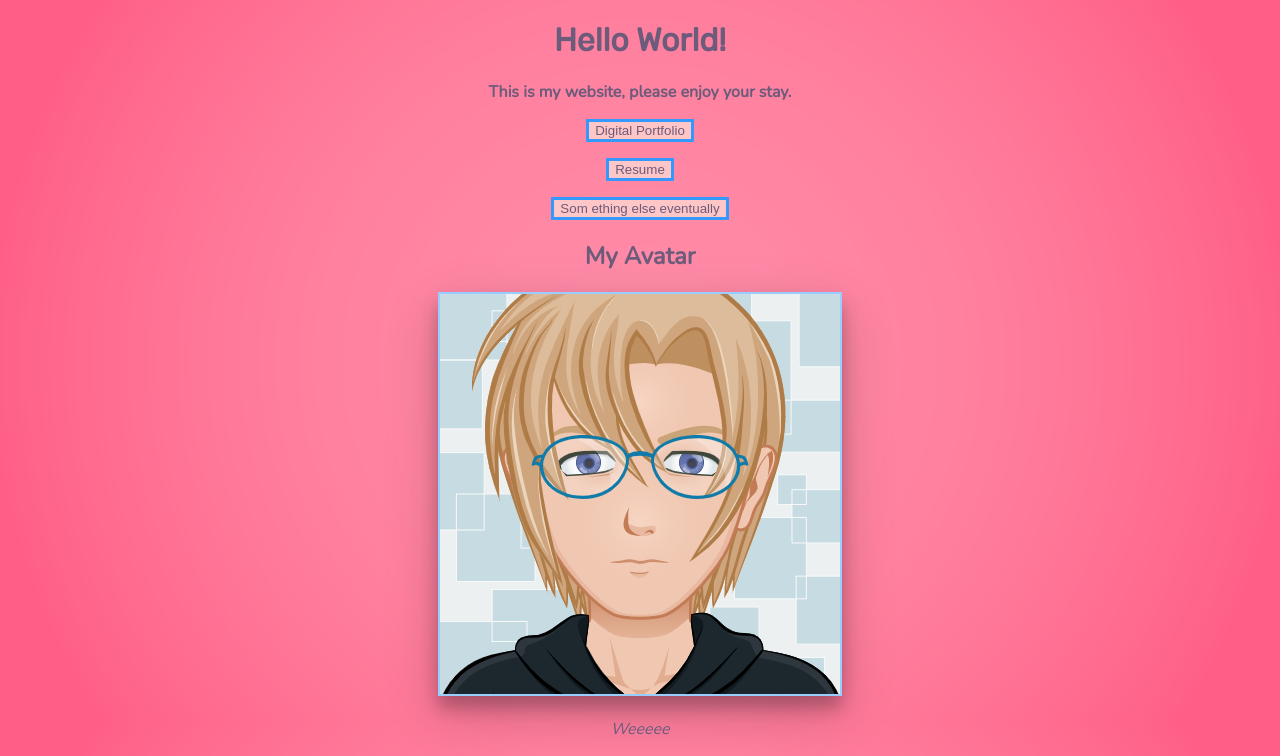
Repository: Ivyeomnky/Ivyeomnky.github.io
Page: index.html
The author's editor kept a record of every edit. The page is drawn from the files as they stood at one moment, then again after the next edit.
The browser window is 1280 px wide. The pictures show the whole page.
Backgrounds fixed to the window are drawn as part of the page.

Above is the page before.

After the next edit:
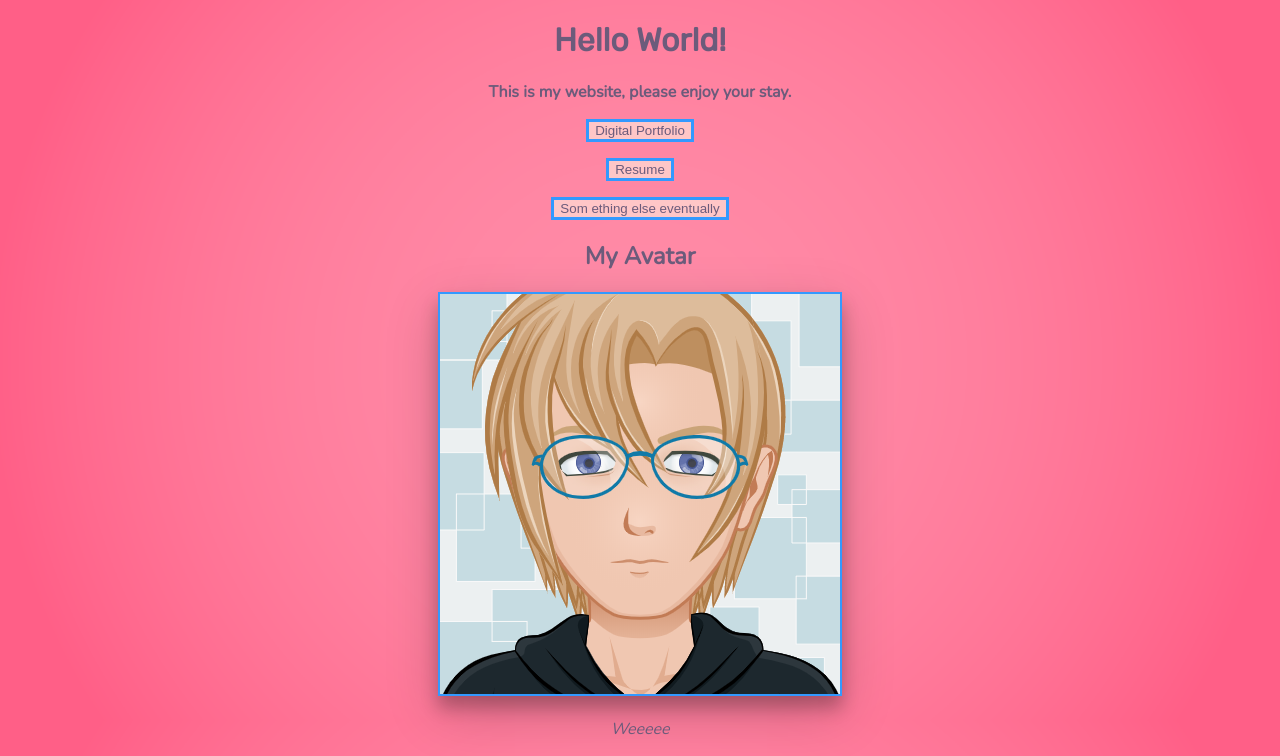
The edit:
--- a/css.css
+++ b/css.css
@@ -23,7 +23,7 @@
   box-shadow:0 12px 16px 0 rgba(0,0,0,0.24), 0 17px 50px 0 rgba(0,0,0,0.19);
 }
 img{
-    border: 2px solid #99ccff;
+    border: 2px solid #3399ff;
     box-shadow:0 12px 16px 0 rgba(0,0,0,0.24), 0 17px 50px 0 rgba(0,0,0,0.19);
 }
 iframe{
